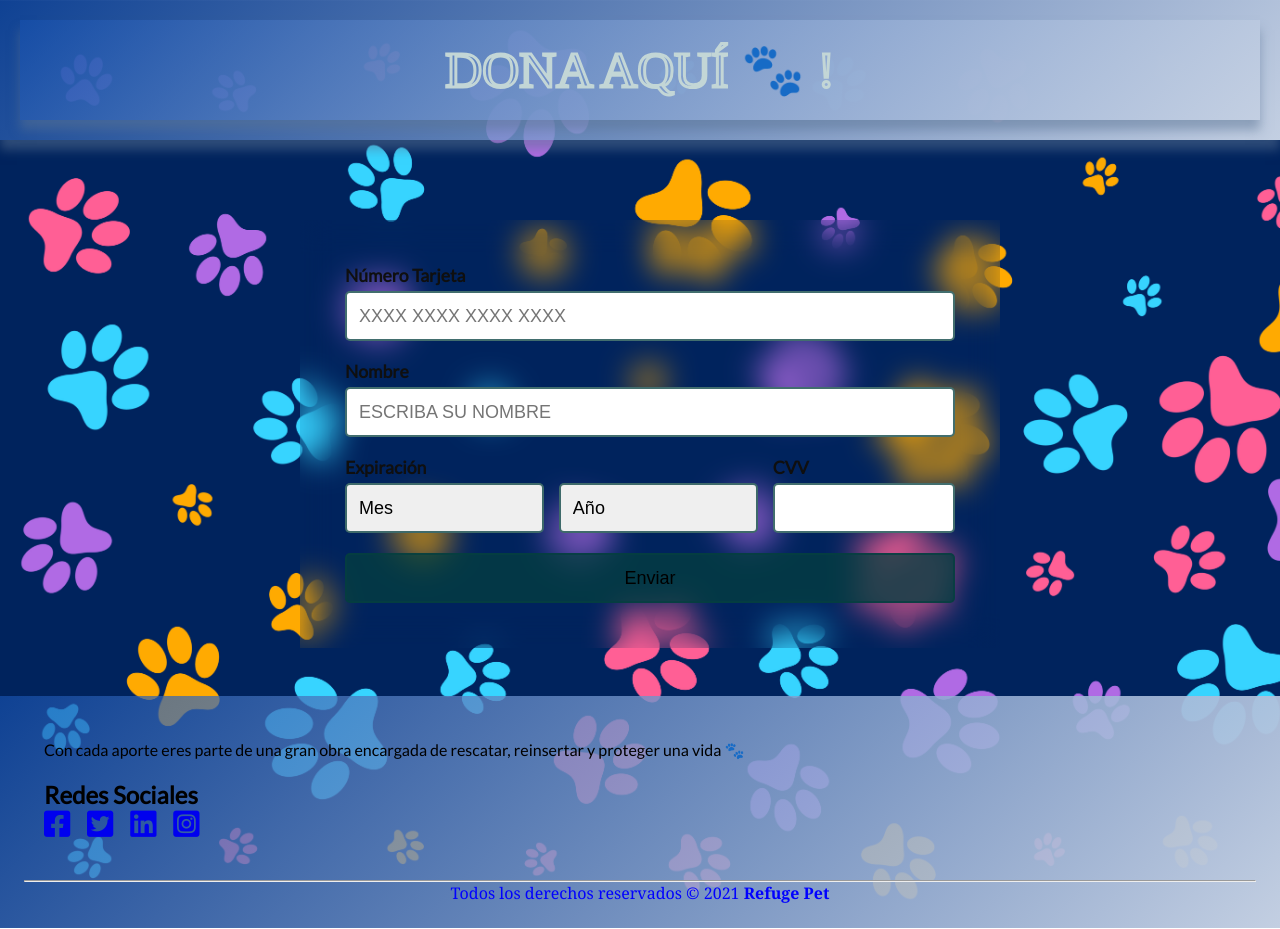
Repository: andreasvidal/SCL019-card-validation
Page: src/views/cardvalidation.html
The author's editor kept a copy of each file at every save. The page is drawn from the files as they stood at one save, then again after the next save.
The browser window is 1280 px wide. The pictures show the whole page.
Some web fonts or font styles are not loaded; a fallback is used. Some web libraries are served in a nearby version.

Above is the page before, as saved 2022-04-13 10:11:00.

After the next save:
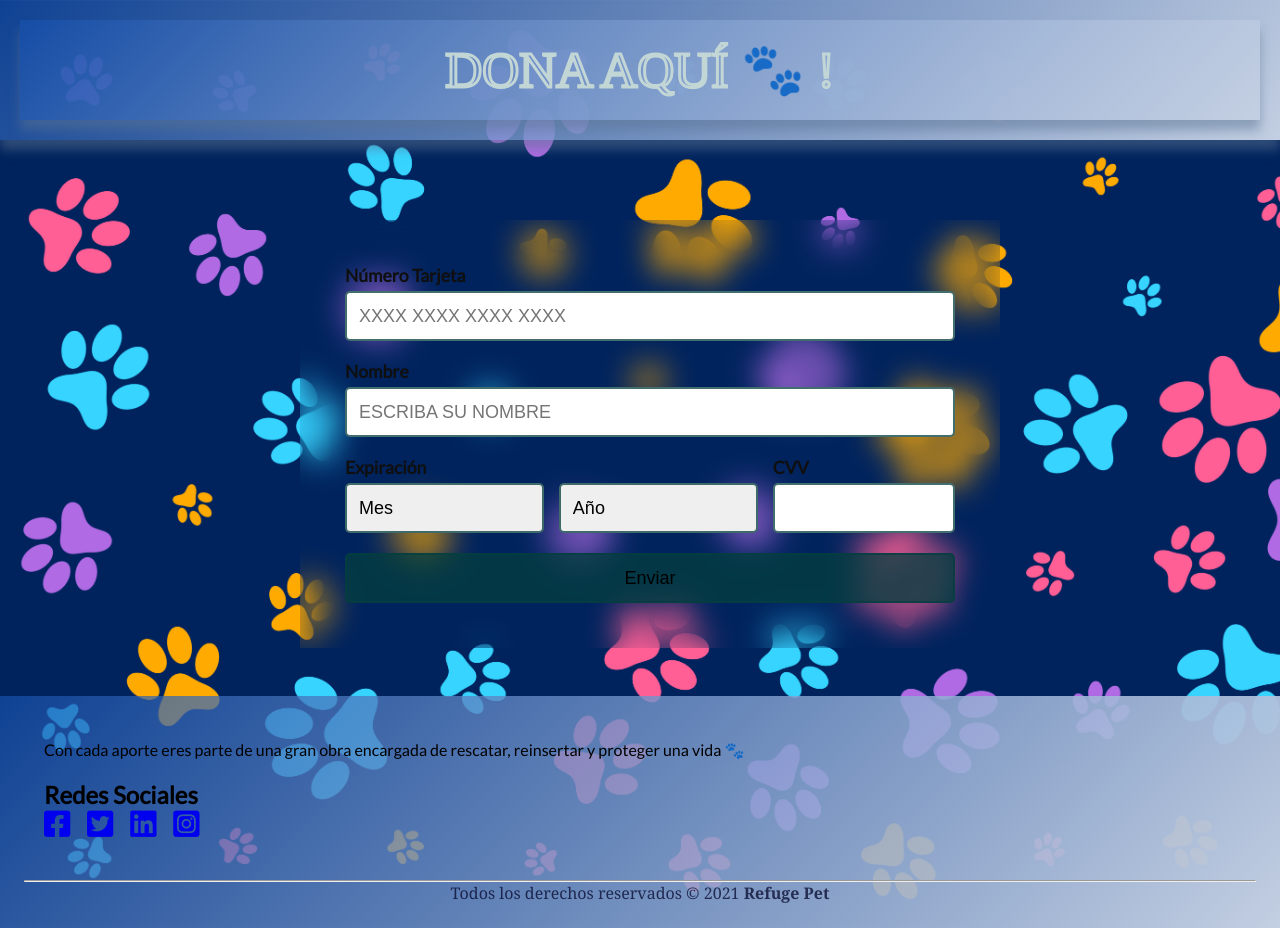
Saved 33 s later.
--- a/src/css/formstyle.css
+++ b/src/css/formstyle.css
@@ -141,5 +141,5 @@ footer {
     text-align: center;
     font-family: Georgia, 'Times New Roman', Times, serif;
     font-size: 1rem;
-    color: blue;
+    color: rgba(2, 3, 39, 0.726);
 }
